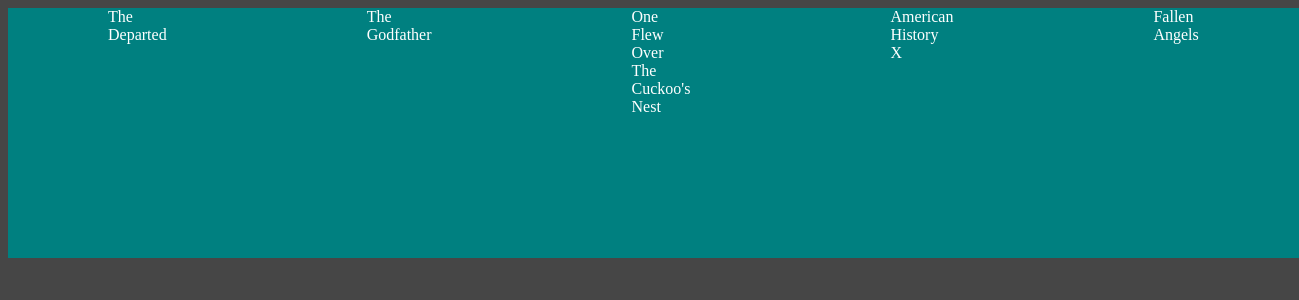
Repository: nishit47/merofilmrecs
Page: web_dev/tiles.html
An editor plug-in stored every save of this project. The page is shown before and after a run of saves, followed by the edit.
The browser window is 1280 px wide. The page is 1299 px wide, then 1280 px, so the pictures cover 1299 px, including what lies to the right of the window. The pictures show the whole page.

Above is the page before, as saved 2021-10-06 15:04:45.

### web_dev/tiles.html
<!DOCTYPE html>
<html lang="en">
<head>
    <meta charset="UTF-8">
    <meta http-equiv="X-UA-Compatible" content="IE=edge">
    <meta name="viewport" content="width=device-width, initial-scale=1.0">
    <title>tiles</title>
</head>
<link rel="stylesheet" href="styling.css">
<style>
    .movietiles{
        color: white;
        display: flex;
    }
    .movieitem{
        height: 250px;
        background-color: teal;
        padding: 0 100px;

    }
</style>
<body>
    <div class="movietiles">
        <div class="movieitem"id="movie1">The Departed</div>
        <div class="movieitem"id="movie2">The Godfather</div>
        <div class="movieitem"id="movie3">One Flew Over The Cuckoo's Nest</div>
        <div class="movieitem"id="movie4">American History X</div>
        <div class="movieitem" id="movie5">Fallen Angels</div>
    </div>

</body>
</html>

### web_dev/styling.css
body{
    background-color: rgb(70, 70, 70);
    color: white;
}

nav ul{
    background-color: rgb(56, 56, 56);
    display: flex;
    height: 37px;
    border-radius: 3px;
}
nav ul li{
    background-color: rgb(70, 70, 70);
    margin: 5px 20px;
    padding: 5px 20px;
    list-style-type: none;
    border-radius: 3px;
}
nav ul li a{
    text-decoration: none;
    color: white;
}
nav ul li :hover{
    color: yellow;
}
nav ul div{
    padding: 5px 0px;
    margin: 0.5px 30px;
}
h1{
    text-align: center;
}
.movie{
    border:black;
    border-radius: 20px;
    background-color: rgb(56, 56, 56);
    margin: auto 10%;
    padding: 20px;
}

.rating, .cast, .description, h2{
    background-color: rgb(70, 70, 70);
}
.still, .trailer{
    display: block;
    max-width:100%;
    max-height:100%;
    margin: 0 auto;
}
#netflix{
    float: right;
}

After the next 2 saves:
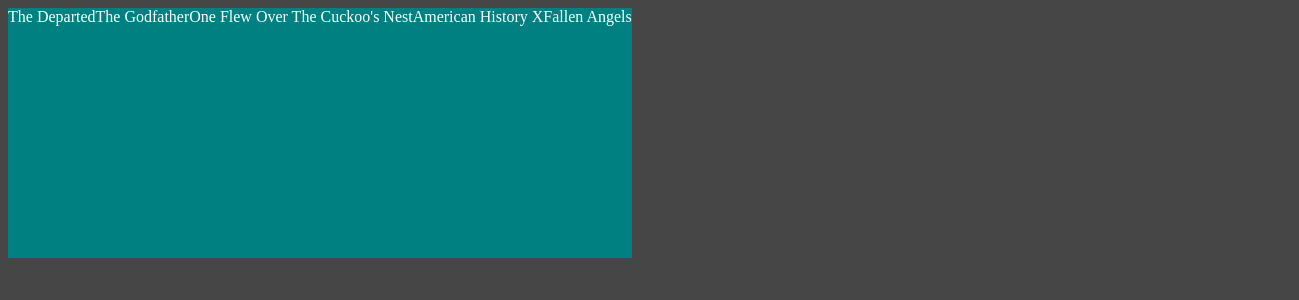
The 2 saves are shown as one change because they came seconds apart.
The last was saved 11 s later.
--- a/web_dev/tiles.html
+++ b/web_dev/tiles.html
@@ -15,7 +15,7 @@
     .movieitem{
         height: 250px;
         background-color: teal;
-        padding: 0 100px;
+        padding left: ;
 
     }
 </style>
